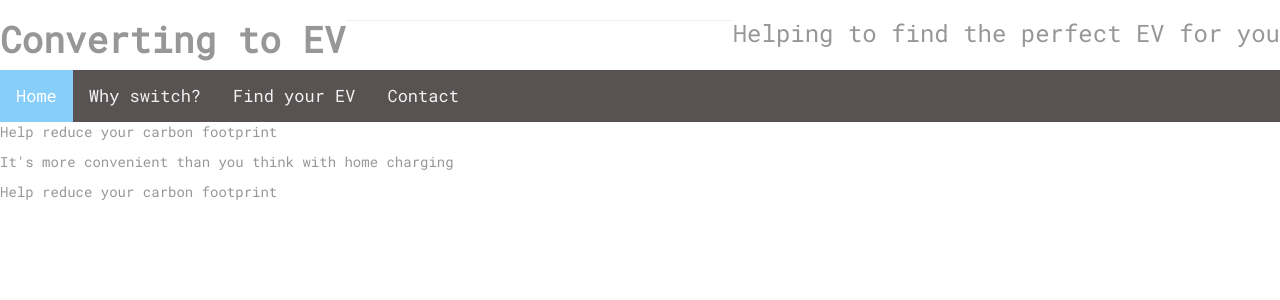
Repository: gnisco/project-2
Page: index.html
The author's editor kept a record of every edit. The page is drawn from the files as they stood at one moment, then again after the next edit.
The browser window is 1280 px wide. The pictures show the whole page.
Some web libraries are served in a nearby version.

Above is the page before.

After the next edit:
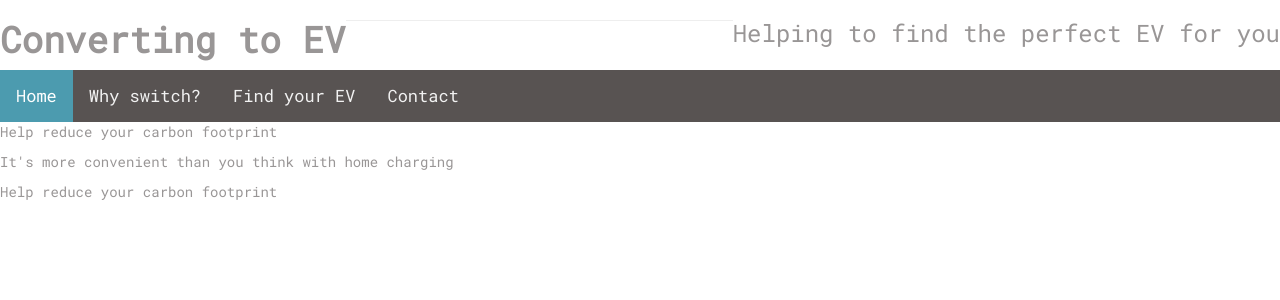
The edit:
--- a/assets/css/style.css
+++ b/assets/css/style.css
@@ -51,7 +51,7 @@
 
 /* Add an active class to highlight the current page */
 .topnav a.active {
-  background-color: #87CEFA;
+  background-color: #4C9BAF;
   color: white;
 }
 
